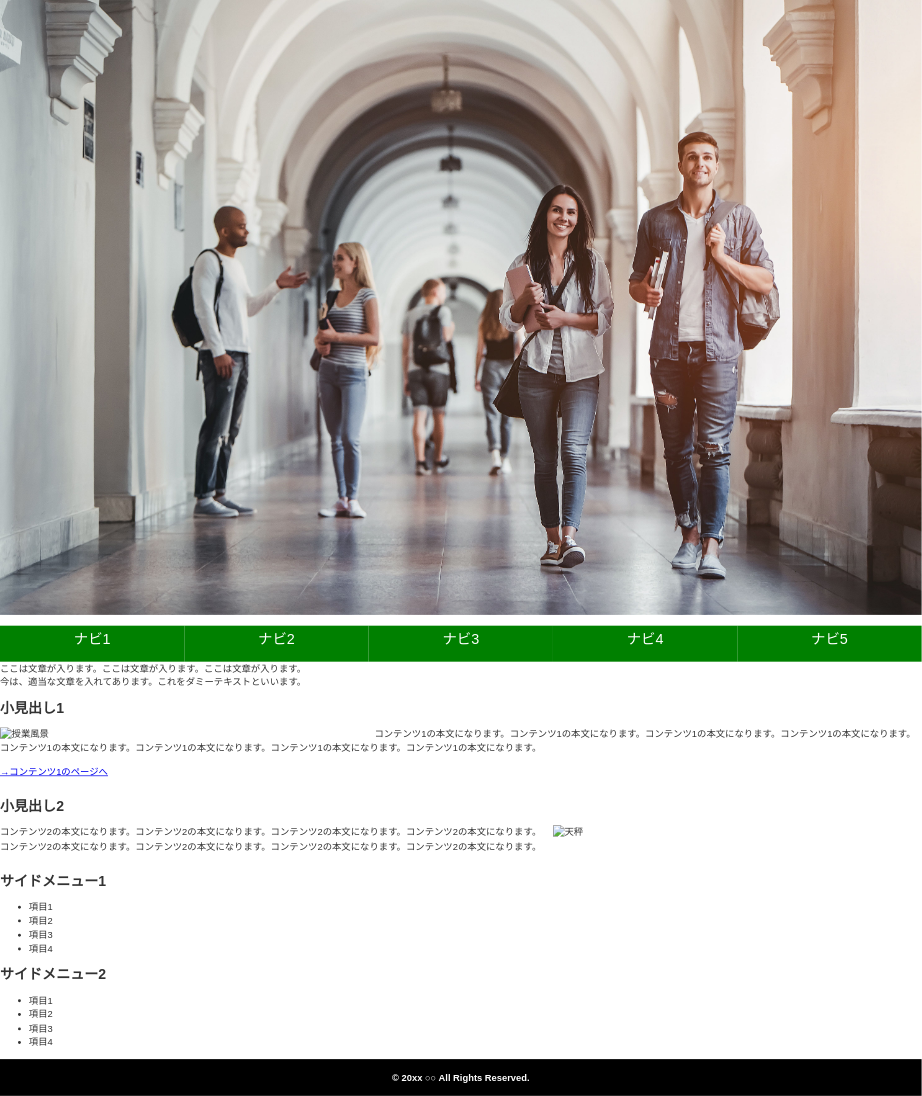
Repository: katayamataiki/samurai_HTML-CSS
Page: A.html
The author's editor kept a record of every edit. The page is drawn from the files as they stood at one moment, then again after the next edit.
The browser window is 1280 px wide. The pictures show the whole page, at 72% of full size.

Above is the page before.
Not found: images/classroom.jpg
Not found: images/scale.jpg

### A.html
<!DOCTYPE html>
<html lang="ja">
    <head>
        <meta charset="UTF-8">
        <title>HTML/CSSの学習</title>
        <link rel="stylesheet" href="stylesheet.css">
    </head>
    <body>
        <div id="header">
            <h1><a href="index.html"><img id="corridor" src="images/HEADER.jpg" alt="大学の廊下" /></a></h1>
        </div>
        <div id="wrapper">
            <div id="nav">
                <ul>
                    <li><a href="index.html">ナビ1</a></li>
                    <li><a href="#">ナビ2</a></li>
                    <li><a href="#">ナビ3</a></li>
                    <li><a href="#">ナビ4</a></li>
                    <li><a href="#">ナビ5</a></li>
                </ul>
            </div>
            <div id="container">
                <div id="main">
                    <div class="post">
                        <p>ここは文章が入ります。ここは文章が入ります。ここは文章が入ります。<br />今は、適当な文章を入れてあります。これをダミーテキストといいます。</p>
                    </div>
                    <div class="post clearfix">
                        <h2>小見出し1</h2>
                        <img class="left" src="images/classroom.jpg" alt="授業風景" />
                        <p>
                            コンテンツ1の本文になります。コンテンツ1の本文になります。コンテンツ1の本文になります。コンテンツ1の本文になります。
                            コンテンツ1の本文になります。コンテンツ1の本文になります。コンテンツ1の本文になります。コンテンツ1の本文になります。
                        </p>
                        <p><a href="#">→コンテンツ1のページへ</a></p>
                    </div>
                    <div class="post clearfix">
                        <h2>小見出し2</h2>
                        <img class="right" src="images/scale.jpg" alt="天秤" />
                        <p>
                            コンテンツ2の本文になります。コンテンツ2の本文になります。コンテンツ2の本文になります。コンテンツ2の本文になります。
                            コンテンツ2の本文になります。コンテンツ2の本文になります。コンテンツ2の本文になります。コンテンツ2の本文になります。
                        </p>
                    </div>
                </div>
            </div>
            <div id="side">
                <div class="box">
                    <h2>サイドメニュー1</h2>
                    <div class="boxBody">
                        <ul>
                            <li>項目1</li>
                            <li>項目2</li>
                            <li>項目3</li>
                            <li>項目4</li>
                        </ul>
                    </div>
                </div>
                <div class="box">
                    <h2>サイドメニュー2</h2>
                    <div class="boxBody">
                        <ul>
                            <li>項目1</li>
                            <li>項目2</li>
                            <li>項目3</li>
                            <li>項目4</li>
                        </ul>
                    </div>
                </div>
            </div>
        </div>
        <div id="footer">
            <p>&copy; 20xx ○○ All Rights Reserved.</p>
        </div>
    </body>
</html>

### stylesheet.css
@charset "utf-8";

body {
	margin: 0;
	padding: 0;
	font-family: "ヒラギノ角ゴ Pro W3", "Hiragino Kaku Gothic Pro", "メイリオ", Meiryo, Osaka, "ＭＳ Ｐゴシック", "MS PGothic", sans-serif;
	color: #333;
	font-size: 13px;
	line-height: 150%;
}

/* -------------------- wrapper -------------------- */
#wrapper {
	width: 100%;
	margin: auto;
	padding: 0px;
	border: 0px;
	background-color: #FFF;
}
#header{
	width: 100%;
}
#header h1{
	margin: 0;
	padding: 0;
}
#corridor{
	width: 100%;
	height: auto;
}
#footer{
	clear: both;
	width: 100%;
	padding: 3px 0 3px 0;
	background-color: black;
	color: #FFF;
	font-weight:bold;
	text-align: center;
}
 #nav {
	 width: 100%;
 }
 #nav ul {
	 margin: 0;
	 padding: 0;
	 list-style-type: none;
}
#nav ul li {
		 float: left;
	 width: 20%;
	 text-align: center;
 }
 #nav ul li a {
	 display: block;
	 height: 30px;
	 margin: 0;
	 padding: 10px;

	 color: #FFF;
	 font-size: 20px;
	 text-decoration: none;
	 background-color: green;
 }
 * -------------------- container -------------------- */
+ #container {
+	 width: 100%;
+	 margin: auto ;
+	 padding: auto;
+	 padding-top: 20px;
+	 clear: both;
+ }
+ /* -------------------- main -------------------- */
+ #main {
+	 float: left;
+	 width: 60%;
+	 padding: 10px 30px 10px 10px;
+ }
+ #main h2 {
+	 margin: 0 0 10px 0;
+	 padding: 3px 10px 3px 10px;
+	 color: #FFF;
+	 font-size: 16px;
+	 border-left: solid 10px #C00;
+	 background: #F90 url(../images/main_h2.jpg) right top repeat-y;
+ }
+ #main p {
+	 margin: 0;
+	 padding: 0;
+ }
+ #main .post {
+	 margin: 0 0 30px 0;
+ }
+
 #main .post img.right {
	 margin: 0 0 0 8px;
 }
 #main .post img.left {
 	margin: 0 8px 0 0;
}

 .right {
	 float: right;
	 width: 40%;
	 height: auto;
 }
 .left {
	 float: left;
	 width: 40%;
	 height: auto;
 }

 /* -------------------- clearfix -------------------- */
 .clearfix {
	 zoom: 1;
 }
.clearfix:after{
	 content: "";
	 display: block;
	 clear: both;
 }

After the next edit:
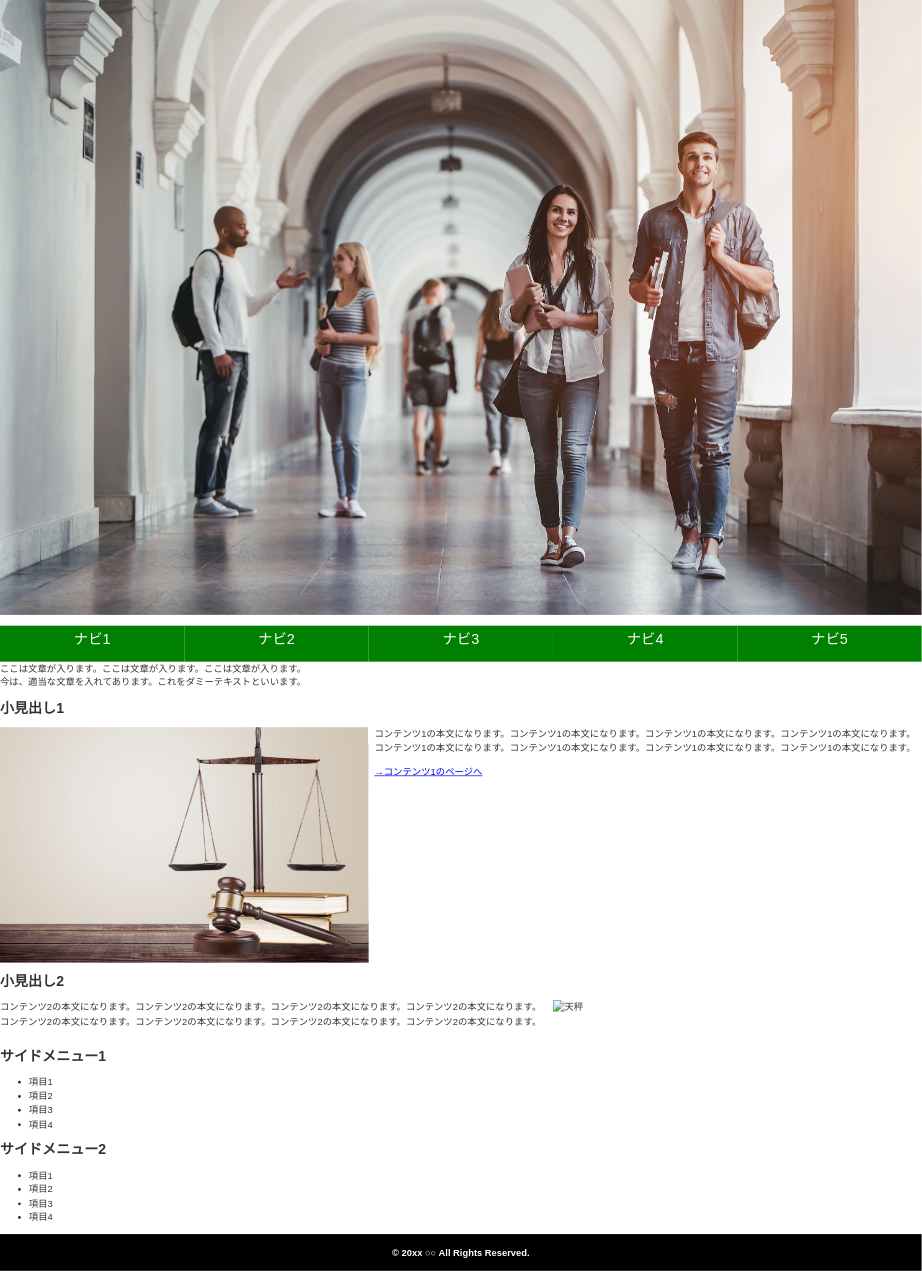
The edit:
--- a/A.html
+++ b/A.html
@@ -26,7 +26,7 @@
                     </div>
                     <div class="post clearfix">
                         <h2>小見出し1</h2>
-                        <img class="left" src="images/classroom.jpg" alt="授業風景" />
+                        <img class="left" src="images/H.jpg" alt="授業風景" />
                         <p>
                             コンテンツ1の本文になります。コンテンツ1の本文になります。コンテンツ1の本文になります。コンテンツ1の本文になります。
                             コンテンツ1の本文になります。コンテンツ1の本文になります。コンテンツ1の本文になります。コンテンツ1の本文になります。
